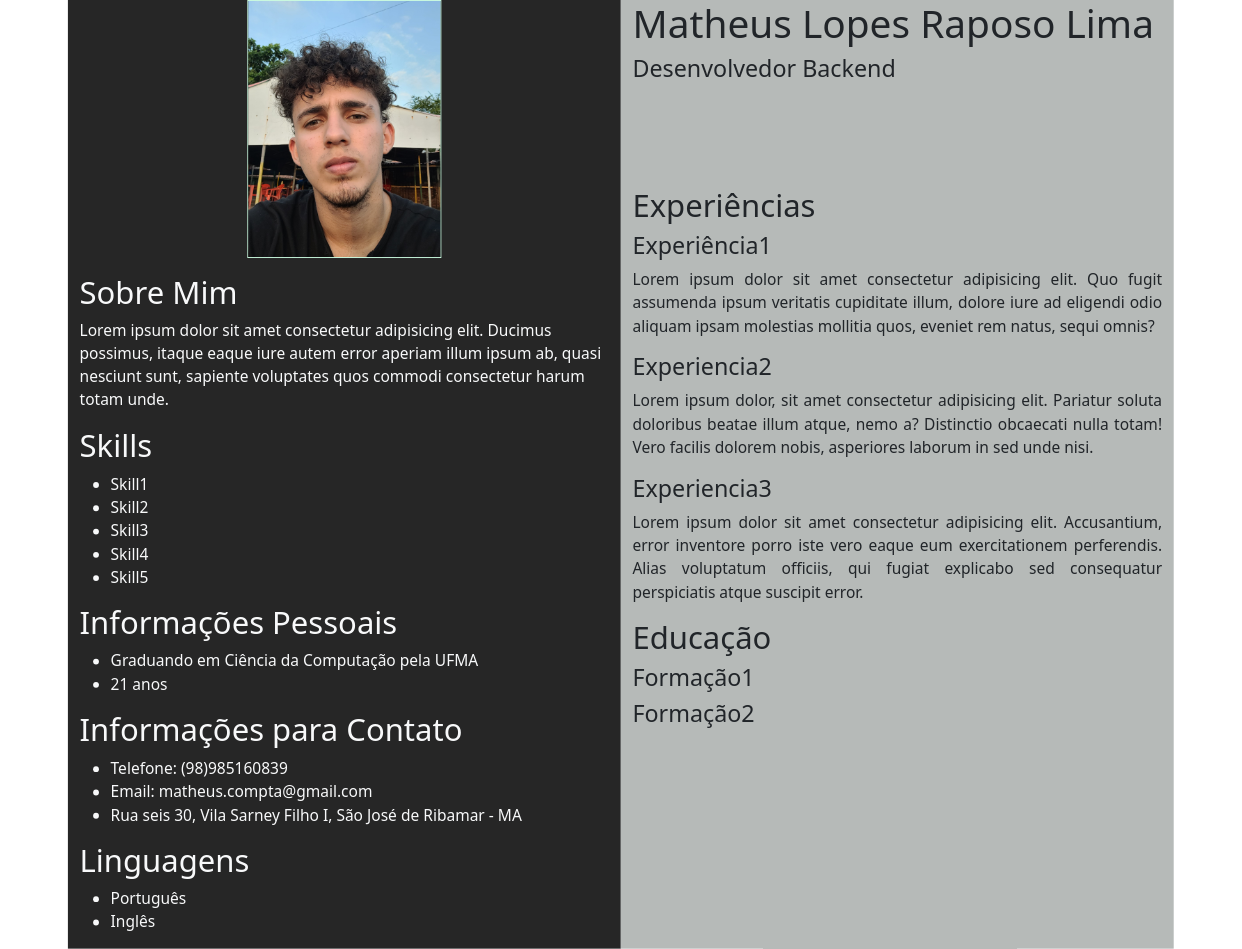
Repository: MaatheusRaposo/Curriculo_Web
Page: index.html
These files come from the project's save history. The page is drawn as it stood at one moment and after the next save; the edit follows.
The browser window is 1280 px wide. The pictures show the whole page, at 97% of full size.

Above is the page before, as saved 2026-05-27 23:53:54.

### index.html
<!DOCTYPE html>
<html lang="en">
<head>
    <meta charset="UTF-8">
    <meta name="viewport" content="width=device-width, initial-scale=1.0">
    <title>Curriculo Matheus Raposo</title>
    <link href="https://cdn.jsdelivr.net/npm/bootstrap@5.3.8/dist/css/bootstrap.min.css" rel="stylesheet" integrity="sha384-sRIl4kxILFvY47J16cr9ZwB07vP4J8+LH7qKQnuqkuIAvNWLzeN8tE5YBujZqJLB" crossorigin="anonymous">
    <link rel="stylesheet" href="assets/css/style.css">
</head>
<body>
    <div class="container">
        <div class="row">
            <div class="col text-light d-flex flex-column" id="coluna-esquerda">
                <div class="d-flex justify-content-center align-items-center">
                    <img class="foto-perfil position-relative mb-3" src="assets/images/20230725_175129.jpg" alt="">
                </div>
                <section>
                    <h2>Sobre Mim</h2>
                    <p>Lorem ipsum dolor sit amet consectetur adipisicing elit. Ducimus possimus, itaque eaque iure autem error aperiam illum ipsum ab, quasi nesciunt sunt, sapiente voluptates quos commodi consectetur harum totam unde.</p>
                </section>
                <section>
                    <h2>Skills</h2>
                    <ul>
                        <li>Skill1</li>
                        <li>Skill2</li>
                        <li>Skill3</li>
                        <li>Skill4</li>
                        <li>Skill5</li>
                    </ul>
                </section>
                <section>
                    <h2>Informações Pessoais</h2>
                    <ul>
                        <li>Graduando em Ciência da Computação pela UFMA</li>
                        <li>21 anos</li>
                    </ul>
                </section>
                <section>
                    <h2>Informações para Contato</h2>
                    <ul>
                        <li>Telefone: (98)985160839</li>
                        <li>Email: matheus.compta@gmail.com</li>
                        <li>Rua seis 30, Vila Sarney Filho I, São José de Ribamar - MA</li>
                    </ul>
                </section>
                <section>
                    <h2>Linguagens</h2>
                    <ul>
                        <li>Português</li>
                        <li>Inglês</li>
                    </ul>
                </section>
            </div>
            <div class="col d-flex flex-column" id="coluna-direita">
                <section>
                    <h1>Matheus Lopes Raposo Lima</h1>
                    <h4>Desenvolvedor Backend</h4>
                </section>
                <div class="d-flex justify-content-center flex-column mt-3 espacamento-classes">
                    <section>
                        <h2>Experiências</h2>
                        <section>
                            <h4>Experiência1</h4>
                            <p>Lorem ipsum dolor sit amet consectetur adipisicing elit. Quo fugit assumenda ipsum veritatis cupiditate illum, dolore iure ad eligendi odio aliquam ipsam molestias mollitia quos, eveniet rem natus, sequi omnis?</p>
                        </section>
                        <section>
                            <h4>Experiencia2</h4>
                            <p>Lorem ipsum dolor, sit amet consectetur adipisicing elit. Pariatur soluta doloribus beatae illum atque, nemo a? Distinctio obcaecati nulla totam! Vero facilis dolorem nobis, asperiores laborum in sed unde nisi.</p>
                        </section>
                        <section>
                            <h4>Experiencia3</h4>
                            <p>Lorem ipsum dolor sit amet consectetur adipisicing elit. Accusantium, error inventore porro iste vero eaque eum exercitationem perferendis. Alias voluptatum officiis, qui fugiat explicabo sed consequatur perspiciatis atque suscipit error.</p>
                        </section>
                    </section>
                    <section>
                        <h2>Educação</h2>
                        <section>
                            <h4>Formação1</h4>
                        </section>
                        <section>
                            <h4>Formação2</h4>
                        </section>
                    </section>
                </div>
            </div>
        </div>
    </div>

    <script src="https://cdn.jsdelivr.net/npm/bootstrap@5.3.8/dist/js/bootstrap.bundle.min.js" integrity="sha384-FKyoEForCGlyvwx9Hj09JcYn3nv7wiPVlz7YYwJrWVcXK/BmnVDxM+D2scQbITxI" crossorigin="anonymous"></script>
    <script src="app.js"></script>
    <noscript>Voce precisa tivar o JavaScript para ver o curriculo perfeitamente</noscript>
</body>
</html>

### assets/css/style.css
.foto-perfil {
    max-width: 200px;
    border: 1px solid #CEFFE4;
}

#coluna-esquerda {
    background-color: #262626;
}

#coluna-direita {
    background-color: #B6BAB8;
}

@media screen and (min-width: 768px) {
    .espacamento-classes {
        margin-top: 100px !important;
    }
}

.espacamento-classes {
    text-align: justify;
}

Loaded but not shown: app.js (no stored copy; drawn as an empty file)

After the next save:
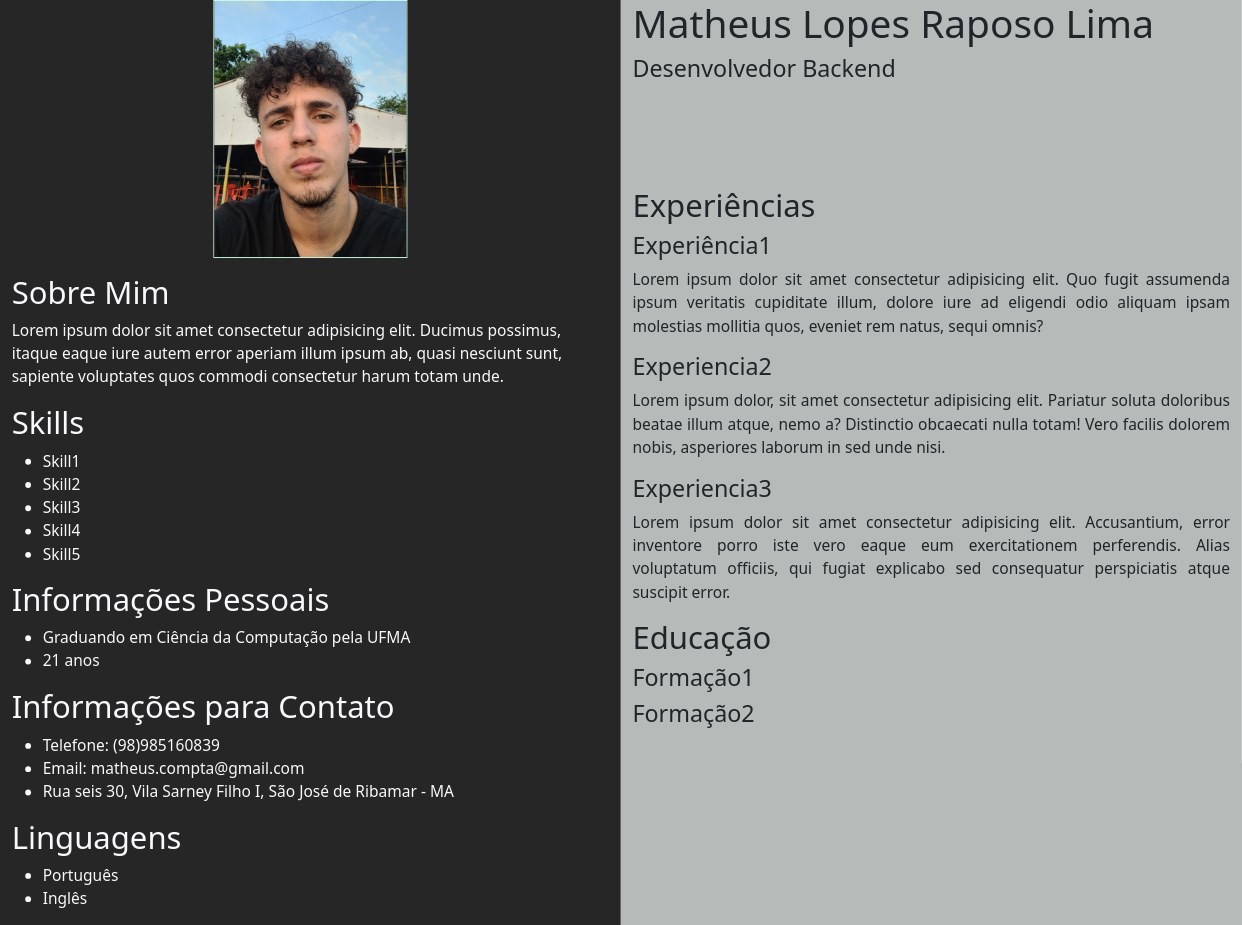
Saved 11 min 30 s later.
--- a/index.html
+++ b/index.html
@@ -8,7 +8,7 @@
     <link rel="stylesheet" href="assets/css/style.css">
 </head>
 <body>
-    <div class="container">
+    <div class="container-fluid">
         <div class="row">
             <div class="col text-light d-flex flex-column" id="coluna-esquerda">
                 <div class="d-flex justify-content-center align-items-center">
